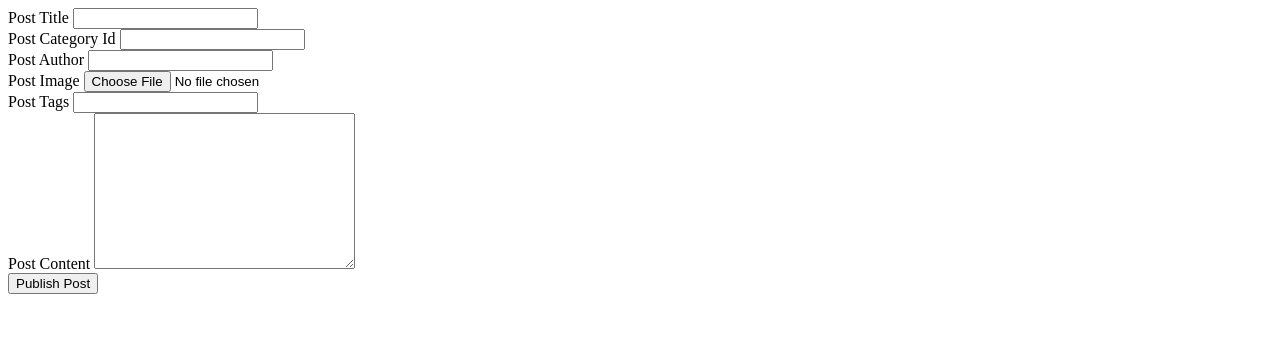
Repository: AimeeGao/CMS
Page: http://localhost/admin/includes/add_post.php
The author's editor kept a copy of each file at every save. The page is drawn from the files as they stood at one save, then again after the next save.
The browser window is 1280 px wide. The pictures show the whole page.
The page is run by PHP 8.4 with error messages shown; the project is at /var/www/html/.

Above is the page before, as saved 2017-07-24 11:32:20.

After the next save:
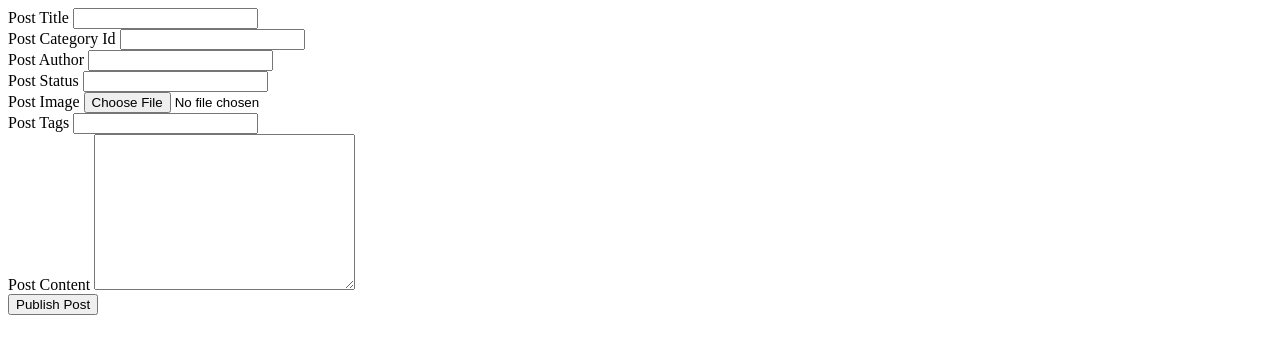
Saved 26 min 10 s later.
--- a/cms/admin/includes/add_post.php
+++ b/cms/admin/includes/add_post.php
@@ -18,6 +18,10 @@
 		<label for="title">Post Author</label>
 		<input type="text" class="form-control" name="author"/>
 	</div>
+	<div>
+		<label for="post_status">Post Status</label>
+		<input type="text" class="form-control" name="post_status"/>
+	</div>
 	<div class="form-group">
 		<label for="post_image">Post Image</label>
 		<input type="file" name="image"/>
